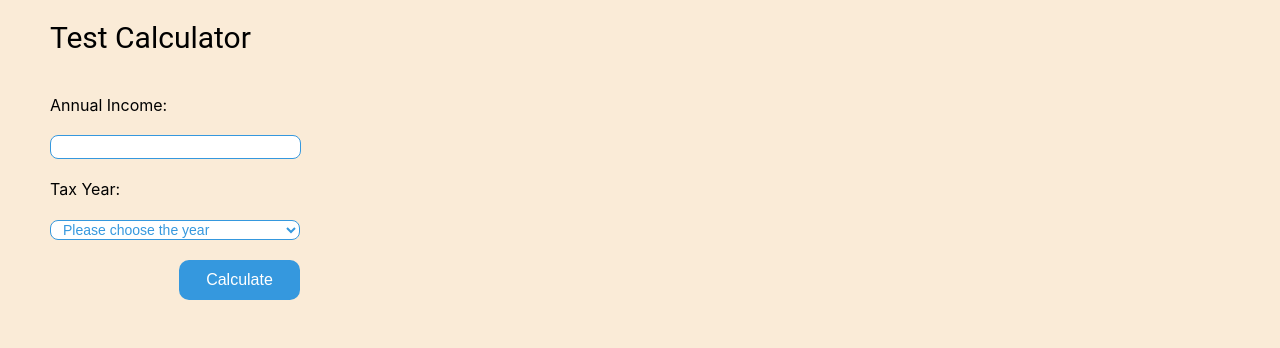
Repository: jbpadilha/taxcalculator
Page: /
An editor plug-in stored every save of this project. The page is shown before and after a run of saves, followed by the edit.
The browser window is 1280 px wide. The pictures show the whole page.
The project was rebuilt for these pictures with package versions that can differ from the ones it lists, and the page was loaded fresh each time.

Above is the page before, as saved 2023-06-17 21:58:25.

### src/index.tsx
import React from 'react';
import ReactDOM from 'react-dom/client';
import './index.css';
import App from './App';
import reportWebVitals from './reportWebVitals';

<link
    href="https://fonts.googleapis.com/css2?family=Roboto:ital,wght@0,300;0,400;0,500;0,700;1,400&display=swap"
    rel="stylesheet"
/>;

const root = ReactDOM.createRoot(
  document.getElementById('root') as HTMLElement
);
root.render(
  <React.StrictMode>
    <App />
  </React.StrictMode>
);

// If you want to start measuring performance in your app, pass a function
// to log results (for example: reportWebVitals(console.log))
// or send to an analytics endpoint. Learn more: https://bit.ly/CRA-vitals
reportWebVitals();

### src/index.css
body {
  background-color: #FAEBD7;
  margin: 0;
  font-family: -apple-system, BlinkMacSystemFont, 'Segoe UI', 'Roboto', 'Oxygen',
    'Ubuntu', 'Cantarell', 'Fira Sans', 'Droid Sans', 'Helvetica Neue',
    sans-serif;
  -webkit-font-smoothing: antialiased;
  -moz-osx-font-smoothing: grayscale;
}

code {
  font-family: source-code-pro, Menlo, Monaco, Consolas, 'Courier New',
    monospace;
}

### src/App.tsx
import React from 'react';
import RoutesComponent from './components/RouteComponent';

const App = () => {
  return (
    <div>
      <header>
      </header>
      <main>
        <RoutesComponent />
      </main>
      <footer>
        <div></div>
      </footer>
    </div>
  );
}

export default App;

### src/components/RouteComponent.tsx
import React from 'react';
import { BrowserRouter as Router, Route, Routes } from 'react-router-dom';

const Main = React.lazy(() => import('./Main'));
const ResultTax = React.lazy(() => import('./ResultTax'));

const RoutesComponent = () => {
    return (
        <Router>
            <Routes>
                <Route path={"/"} element={<Main />} />
                <Route path={"/results"} element={<ResultTax />} />
                <Route path="*" element={<Main />} />
            </Routes>
        </Router>
    );
}

export default RoutesComponent;

### src/components/Main.tsx
import React from 'react';
import { years } from '../config/constants';

const styles = {
    content: {
        marginTop: 20,
        minHeight: 200,
        paddingLeft: 50,
        width: 250
    },
    marginTop: {
        marginTop: 20,
    },
    title: {
        marginTop: 20,
        paddingBottom: 20,
        fontFamily: 'Roboto',
        fontSize: 30,
        color: '#000000',
        textDecoration: 'none solid rgb(0, 0, 0)',
    },
    description: {

    },
    contentButton: {
        marginTop: 20,
        display: 'flex',
        justifyContent: 'flex-end'
    },
    titleInput: {
        paddingTop: 10,
        width: 111,
        height: 18,
        fontSize: 16,
        color: '#000000',
        textSecoration: 'none solid rgb(0, 0, 0)',
    },
    input: {
        padding: '0px 8px',
        border: '1px solid #3598de',
        borderRadius: 8,
        backgroundColor: '#ffffff',
        backgroundSize: 'cover',
        fontSize: 14,
        color: '#3598de',
        textDecoration: 'none solid rgb(53, 152, 222)'
    },
    textInput: {
        width: 233,
        height: 22,
    },
    selectInput: {
        width: '100%'
    },
    button: {
        width: 121,
        height: 40,
        border: 0,
        borderRadius: 10,
        backgroundColor: '#3598de',
        backgroundSize: 'cover',
        fontSize: 16,
        color: '#ffffff',
        textDecoration: 'none solid rgb(255, 255, 255)',
    },
};

const Main = () => {

    const calculate = () => {};

    return (
        <div style={styles.content}>
            <div style={styles.title}>Test Calculator</div>
            <div style={styles.marginTop}>
                <div style={styles.marginTop}>
                    <div>
                        <label htmlFor='income' style={styles.titleInput}>Annual Income:</label>
                    </div>
                    <div style={styles.marginTop}>
                        <input style={{...styles.input, ...styles.textInput}} type="text" id="income" name="income" />
                    </div>
                </div>
                <div style={styles.marginTop}>
                    <div>
                        <label htmlFor='taxYear' style={styles.titleInput}>Tax Year:</label>
                    </div>
                    <div style={styles.marginTop}>
                    <select onChange={()=>{}} style={{...styles.input, ...styles.selectInput}} id="taxYear" name="taxYear">
                        <option>Please choose the year</option>
                        {Array.from(years.entries()).map((entry) => {
                            const [key, value ] = entry;
                            return (<option key={key} >
                                {value}
                            </option>);
                        })}
                    </select>
                    </div>
                </div>
                <div style={styles.contentButton}>
                    <button style={styles.button} onClick={calculate}>Calculate</button>
                </div>
            </div>
        </div>
    );
}

export default Main;

### src/config/constants.ts
export const years = new Map<string, string>();
years.set('2019', '2019');
years.set('2020', '2020');
years.set('2021', '2021');
years.set('2022', '2022');

Loaded but not shown: public/index.html (common file); src/reportWebVitals.ts (common file)

After the next 2 saves:
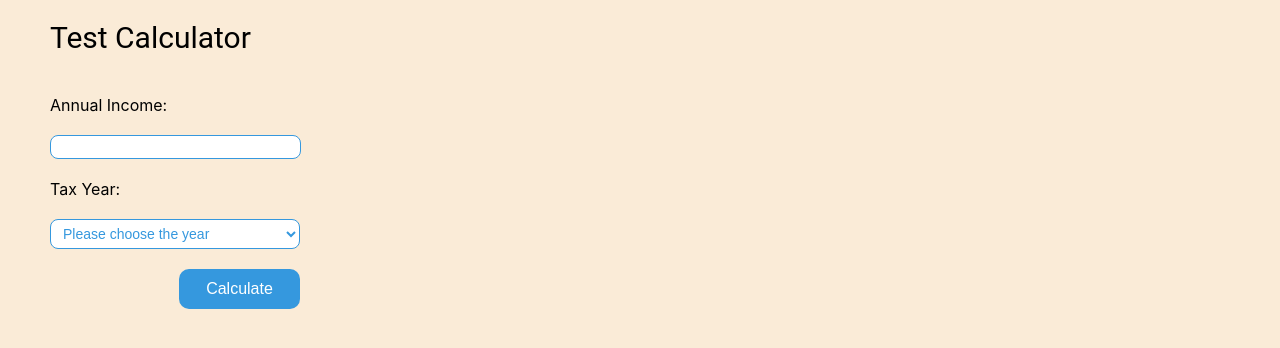
The 2 saves are shown as one change because 1 did not build or start.
The last was saved 51 s later.
--- a/src/components/Main.tsx
+++ b/src/components/Main.tsx
@@ -50,7 +50,8 @@ const styles = {
         height: 22,
     },
     selectInput: {
-        width: '100%'
+        width: '100%',
+        height: 30,
     },
     button: {
         width: 121,
